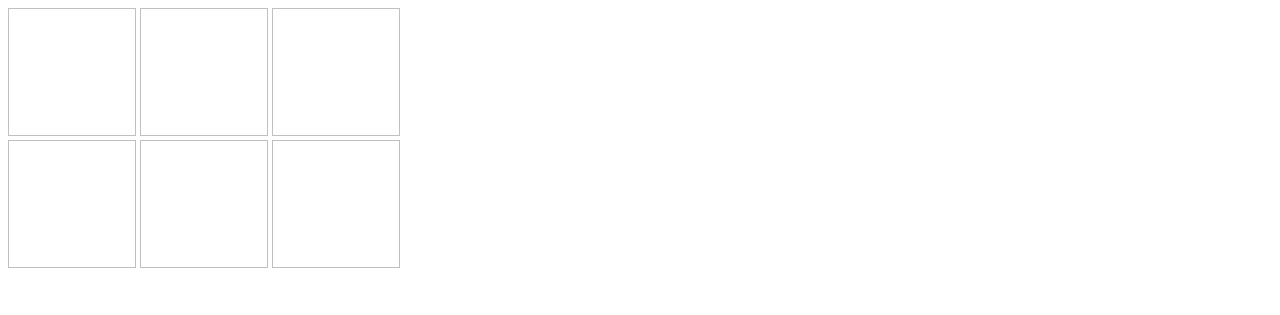
Repository: shoma2491/Mission_Invisible
Page: src/main/resources/templates/game.html
An editor plug-in stored every save of this project. The page is shown before and after a run of saves, followed by the edit.
The browser window is 1280 px wide. The pictures show the whole page.

Above is the page before, as saved 2022-01-11 17:07:23.

After the next 4 saves:
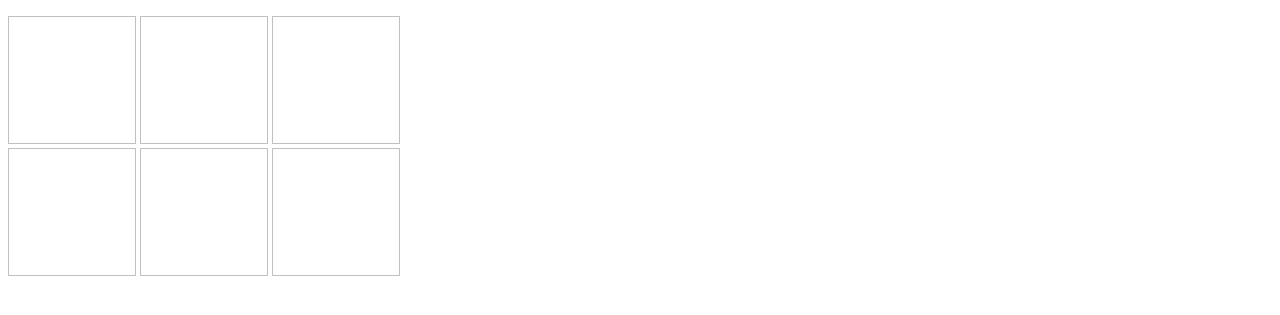
The 4 saves are shown as one change because they came seconds apart.
The last was saved 6 days later.
--- a/src/main/resources/templates/game.html
+++ b/src/main/resources/templates/game.html
@@ -6,6 +6,9 @@
 </head>
 
 <body>
+        <div sec:authorize="hasRole('ROLE_ONI')">
+                <p>
+        </div>
         <a href="/selectImgNum/1"><img th:src="@{/image/神社.png}" width="128" height="128" /></a>
         <a href="/selectImgNum/2"><img th:src="@{/image/商店街.png}" width="128" height="128" /></a>
         <a href="/selectImgNum/3"><img th:src="@{/image/くさむら.png}" width="128" height="128" /></a>
